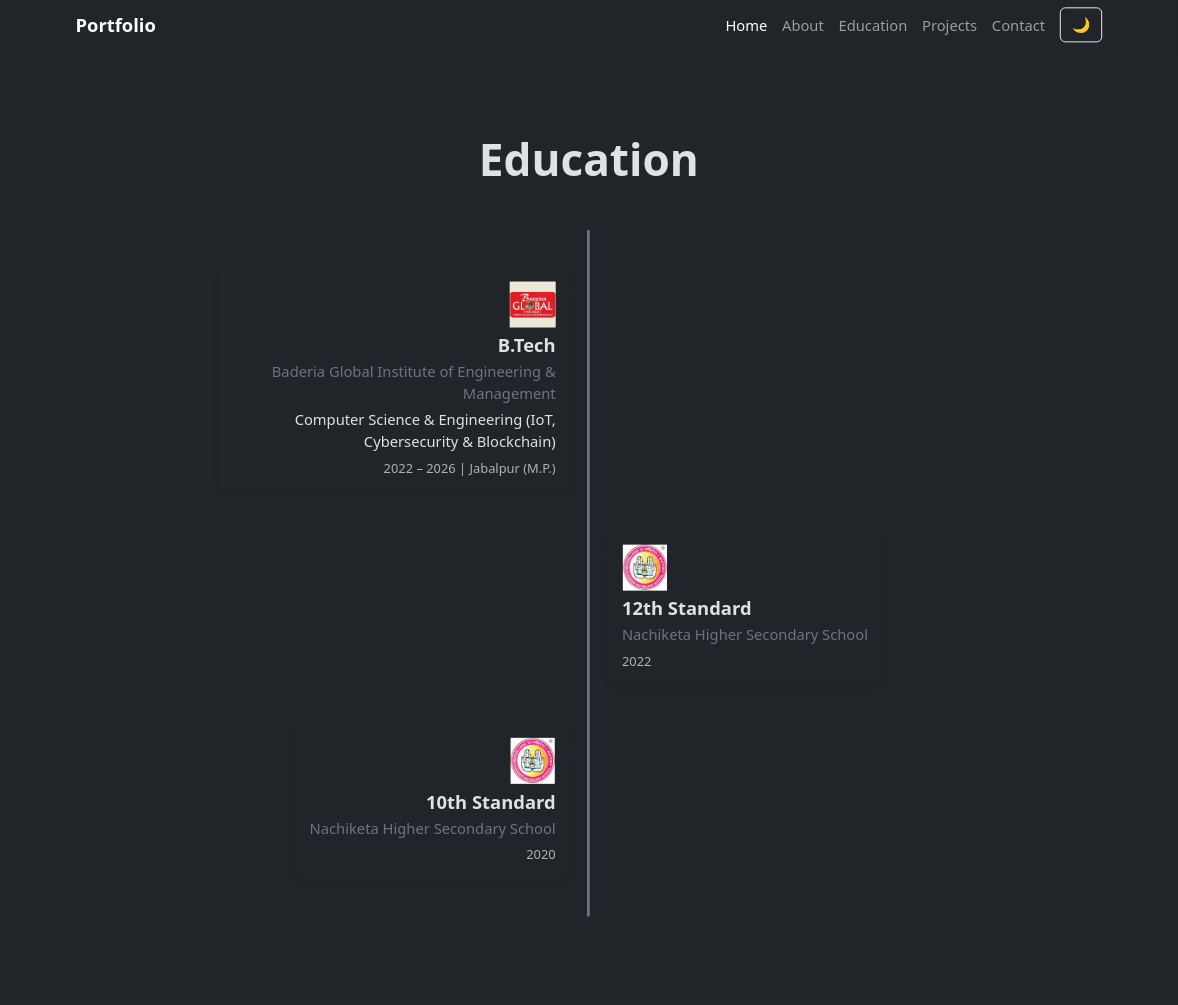
Repository: Shreyasaraf01/shreya-portfolio
Page: http://localhost/education/
These files come from the project's save history. The page is drawn as it stood at one moment and after the next save; the edit follows.
The browser window is 1280 px wide. The pictures show the whole page, at 92% of full size.
The page is served by the project's application, run on Django 5.2 (manage.py). Other server files are loaded and not shown.

Above is the page before, as saved 2025-09-13 22:27:37.

### main/templates/main/education.html
{% extends "base.html" %}
{% load static %}

{% block content %}
<div class="container py-5">
  <!-- Header -->
  <h2 class="display-5 fw-bold mb-5 text-center">Education</h2>

  <!-- Timeline -->
  <div class="timeline">

    <!-- B.Tech -->
    <div class="timeline-item left">
      <div class="timeline-content shadow-sm p-3">
        <img src="{% static 'images/baderia_logo.png' %}"
             alt="Baderia Logo"
             class="edu-logo mb-2">
        <h5 class="fw-bold mb-1">B.Tech</h5>
        <p class="mb-1 text-secondary">Baderia Global Institute of Engineering & Management</p>
        <p class="mb-1">Computer Science & Engineering (IoT, Cybersecurity & Blockchain)</p>
        <small class="text-muted">2022 – 2026 | Jabalpur (M.P.)</small>
      </div>
    </div>

    <!-- 12th -->
    <div class="timeline-item right">
      <div class="timeline-content shadow-sm p-3">
        <img src="{% static 'images/nachiketa_logo.png' %}"
             alt="Nachiketa Logo"
             class="edu-logo mb-2">
        <h5 class="fw-bold mb-1">12th Standard</h5>
        <p class="mb-1 text-secondary">Nachiketa Higher Secondary School</p>
        <small class="text-muted">2022</small>
      </div>
    </div>

    <!-- 10th -->
    <div class="timeline-item left">
      <div class="timeline-content shadow-sm p-3">
        <img src="{% static 'images/nachiketa_logo.png' %}"
             alt="Nachiketa Logo"
             class="edu-logo mb-2">
        <h5 class="fw-bold mb-1">10th Standard</h5>
        <p class="mb-1 text-secondary">Nachiketa Higher Secondary School</p>
        <small class="text-muted">2020</small>
      </div>
    </div>

  </div>
</div>

<!-- Custom CSS for Timeline -->
<style>
.timeline {
  position: relative;
  margin: 0 auto;
  padding: 20px 0;
  width: 90%;
}
.timeline::after {
  content: '';
  position: absolute;
  width: 3px;
  background-color: #6c757d;
  top: 0;
  bottom: 0;
  left: 50%;
  margin-left: -1.5px;
}
.timeline-item {
  padding: 20px;
  position: relative;
  width: 50%;
}
.timeline-item.left {
  left: 0;
  text-align: right;
}
.timeline-item.right {
  left: 50%;
}
.timeline-content {
  background: #212529;
  border-radius: 10px;
  padding: 15px;
  display: inline-block;
  max-width: 85%;
  position: relative;
}
.edu-logo {
  width: 50px;
  height: 50px;
  object-fit: contain;
}

/* Arrows */
.timeline-item.left .timeline-content::before {
  content: "";
  position: absolute;
  top: 20px;
  right: -15px;
  border-width: 10px 0 10px 15px;
  border-style: solid;
  border-color: transparent transparent transparent #212529;
}
.timeline-item.right .timeline-content::before {
  content: "";
  position: absolute;
  top: 20px;
  left: -15px;
  border-width: 10px 15px 10px 0;
  border-style: solid;
  border-color: transparent #212529 transparent transparent;
}

/* Responsive */
@media (max-width: 768px) {
  .timeline::after { left: 8px; }
  .timeline-item {
    width: 100%;
    padding-left: 30px;
    text-align: left !important;
  }
  .timeline-item.right { left: 0; }
  .timeline-content { max-width: 100%; }
  .timeline-item.left .timeline-content::before,
  .timeline-item.right .timeline-content::before {
    left: -15px;
    border-width: 10px 15px 10px 0;
    border-color: transparent #212529 transparent transparent;
  }
}
</style>
{% endblock %}

### main/templates/base.html
<!DOCTYPE html>
<html lang="en" data-bs-theme="dark">
<head>
  <meta charset="UTF-8">
  <title>Portfolio</title>
  {% load static %}
  <link href="https://cdn.jsdelivr.net/npm/bootstrap@5.3.3/dist/css/bootstrap.min.css" rel="stylesheet">
  <script src="{% static 'js/theme.js' %}" defer></script>
</head>
<body>
  <!-- Navbar -->
  <nav class="navbar navbar-expand-lg navbar-dark bg-dark fixed-top">
    <div class="container">
      <a class="navbar-brand fw-bold" href="/">Portfolio</a>
      <button class="navbar-toggler" type="button" data-bs-toggle="collapse" data-bs-target="#navbarNav" aria-controls="navbarNav" aria-expanded="false" aria-label="Toggle navigation">
        <span class="navbar-toggler-icon"></span>
      </button>
      <div class="collapse navbar-collapse" id="navbarNav">
        <ul class="navbar-nav ms-auto">
          <li class="nav-item"><a class="nav-link active" href="/">Home</a></li>
          <li class="nav-item"><a class="nav-link" href="/about/">About</a></li>
          <li class="nav-item"><a class="nav-link" href="/education/">Education</a></li>
          <li class="nav-item"><a class="nav-link" href="/projects/">Projects</a></li>
          <li class="nav-item"><a class="nav-link" href="/contact/">Contact</a></li>
          <li class="nav-item">
            <button class="btn btn-outline-light ms-2" id="theme-toggle">🌙</button>
          </li>
        </ul>
      </div>
    </div>
  </nav>

  <!-- Main Content Container -->
  <div class="container py-5 mt-5">
    {% block content %}{% endblock %}
  </div>

  <script src="https://cdn.jsdelivr.net/npm/bootstrap@5.3.3/dist/js/bootstrap.bundle.min.js"></script>
</body>
</html>

### main/views.py
from django.shortcuts import render, redirect
from django.core.mail import send_mail
from django.conf import settings

def index(request):
    return render(request, "main/index.html")

def about(request):
    return render(request, "main/about.html")

def education(request):
    return render(request, "main/education.html")

def projects(request):
    return render(request, "main/projects.html")

def contact(request):
    if request.method == "POST":
        name = request.POST.get("name")
        email = request.POST.get("email")
        message = request.POST.get("message")

        send_mail(
            subject=f"Portfolio Contact from {name}",
            message=f"From: {email}\n\n{message}",
            from_email=settings.DEFAULT_FROM_EMAIL,
            recipient_list=[settings.CONTACT_EMAIL],
        )
        return redirect("home")

    return render(request, "main/contact.html")

### shreya_portfolio/urls.py
"""
URL configuration for shreya_portfolio project.

The `urlpatterns` list routes URLs to views. For more information please see:
    https://docs.djangoproject.com/en/5.1/topics/http/urls/
Examples:
Function views
    1. Add an import:  from my_app import views
    2. Add a URL to urlpatterns:  path('', views.home, name='home')
Class-based views
    1. Add an import:  from other_app.views import Home
    2. Add a URL to urlpatterns:  path('', Home.as_view(), name='home')
Including another URLconf
    1. Import the include() function: from django.urls import include, path
    2. Add a URL to urlpatterns:  path('blog/', include('blog.urls'))
"""
from django.contrib import admin
from django.urls import path, include

urlpatterns = [
    path('admin/', admin.site.urls),
    path("", include("main.urls")),
]

### main/urls.py
from django.urls import path
from . import views

urlpatterns = [
    path("", views.index, name="home"),
    path("about/", views.about, name="about"),
    path("education/", views.education, name="education"),
    path("projects/", views.projects, name="projects"),
    path("contact/", views.contact, name="contact"),
]

### main/static/js/theme.js
document.addEventListener("DOMContentLoaded", () => {
  const toggle = document.getElementById("theme-toggle");
  if (!toggle) return;

  toggle.addEventListener("click", () => {
    const html = document.documentElement;
    const current = html.getAttribute("data-bs-theme");
    const next = current === "dark" ? "light" : "dark";
    html.setAttribute("data-bs-theme", next);
    localStorage.setItem("theme", next);
    toggle.textContent = next === "dark" ? "🌙" : "☀️";
  });

  // persist user choice
  const saved = localStorage.getItem("theme");
  if (saved) {
    document.documentElement.setAttribute("data-bs-theme", saved);
    toggle.textContent = saved === "dark" ? "🌙" : "☀️";
  }
});

After the next save:
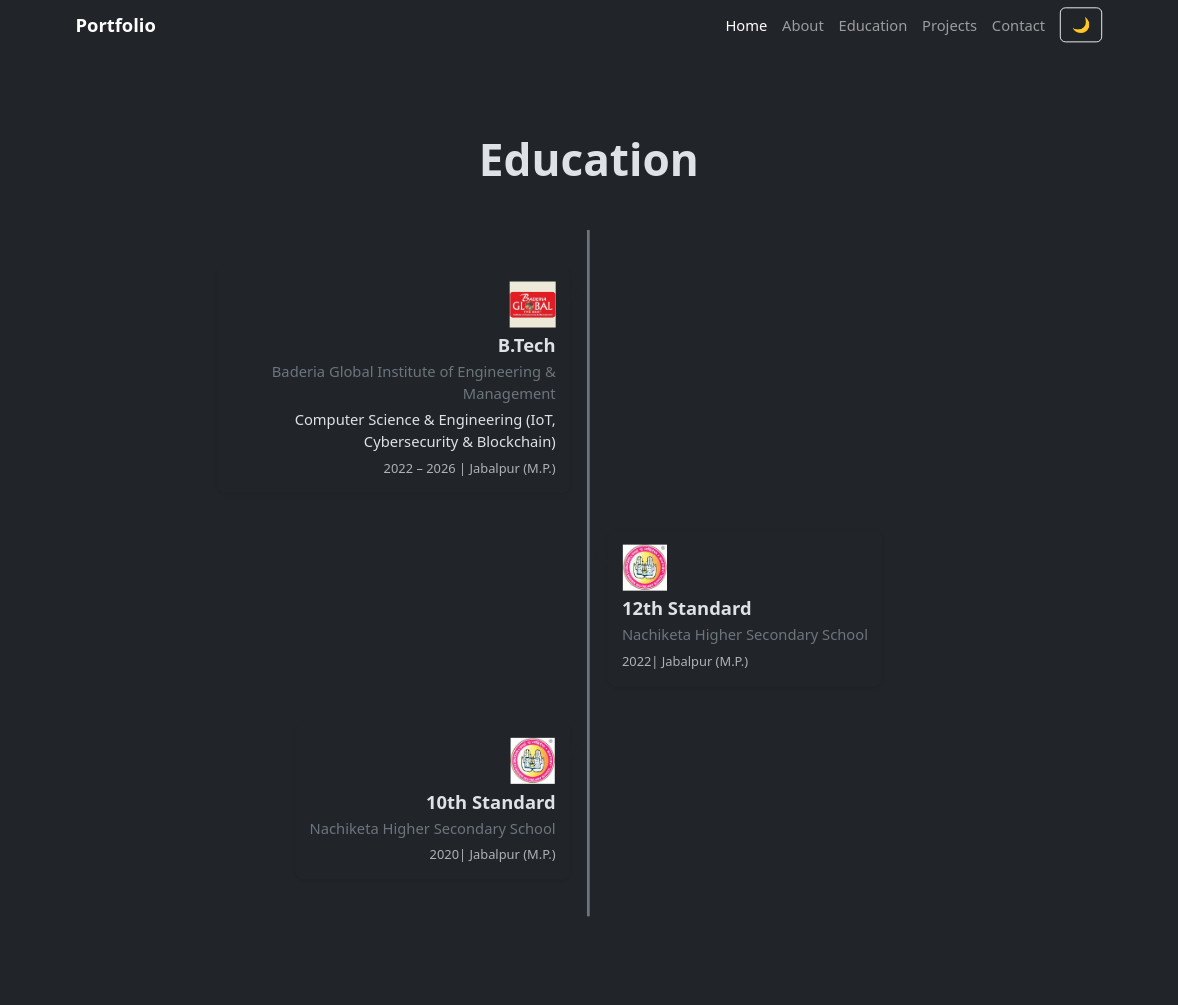
Saved 4 min 27 s later.
--- a/main/templates/main/education.html
+++ b/main/templates/main/education.html
@@ -30,7 +30,7 @@
              class="edu-logo mb-2">
         <h5 class="fw-bold mb-1">12th Standard</h5>
         <p class="mb-1 text-secondary">Nachiketa Higher Secondary School</p>
-        <small class="text-muted">2022</small>
+        <small class="text-muted">2022| Jabalpur (M.P.)</small>
       </div>
     </div>
 
@@ -42,7 +42,7 @@
              class="edu-logo mb-2">
         <h5 class="fw-bold mb-1">10th Standard</h5>
         <p class="mb-1 text-secondary">Nachiketa Higher Secondary School</p>
-        <small class="text-muted">2020</small>
+        <small class="text-muted">2020| Jabalpur (M.P.)</small>
       </div>
     </div>
 
